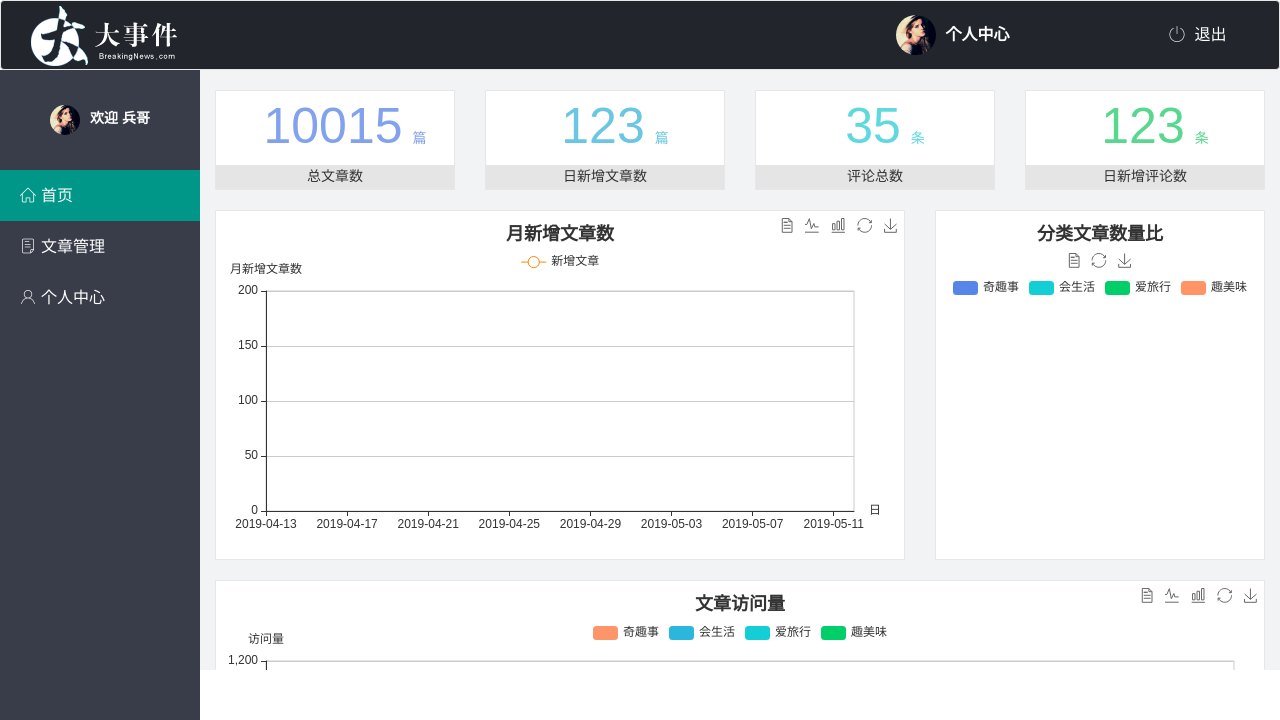
Repository: pursuit-YHP/project_dashijian
Page: index.html
The author's editor kept a copy of each file at every save. The page is drawn from the files as they stood at one save, then again after the next save.
The browser window is 1280 px wide. The pictures show the whole page.
The style sheet was rebuilt from its Sass, Less or Tailwind sources for each picture, by a compiler version that may differ from the author's.

Above is the page before, as saved 2022-03-13 21:13:27.

After the next save:
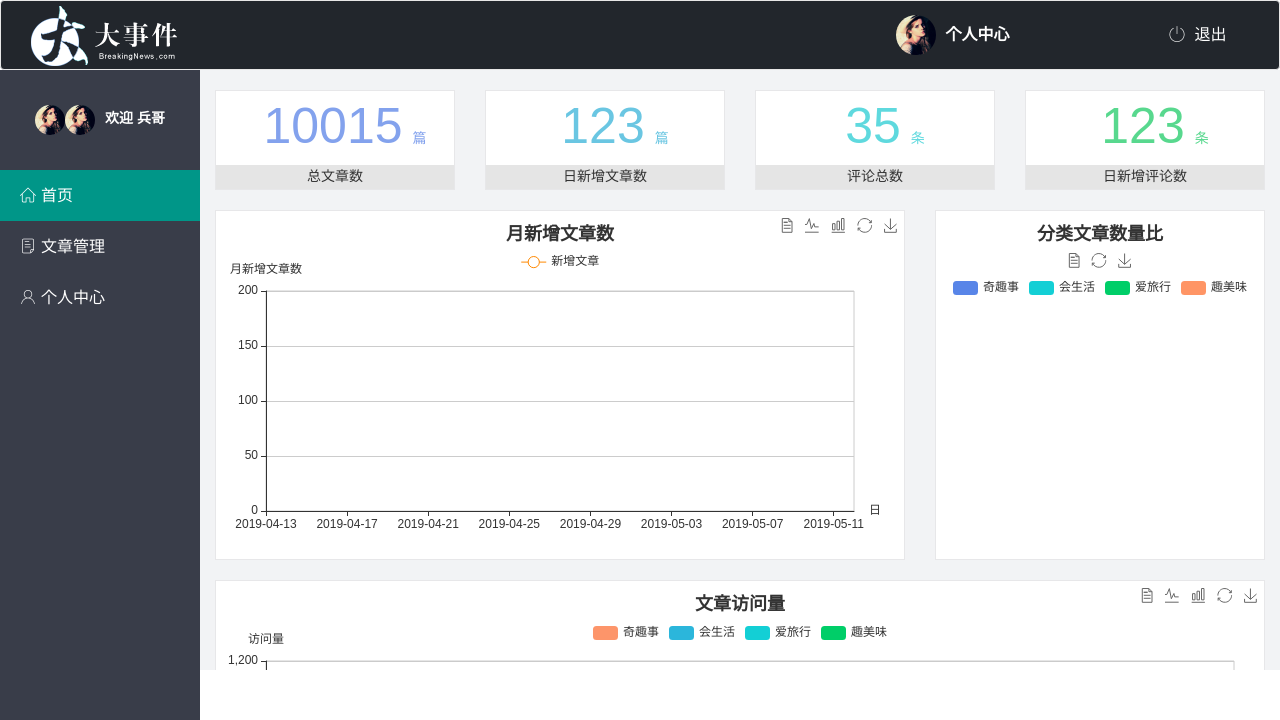
Saved 28 s later.
--- a/index.html
+++ b/index.html
@@ -36,7 +36,8 @@
     <!-- 侧边导航栏 -->
     <aside>
         <div class="aside_head">
-            <span></span>
+            <span class="user_ava"></span>
+            <span class=""></span>
             <label for="">欢迎 兵哥</label>
 
         </div>
